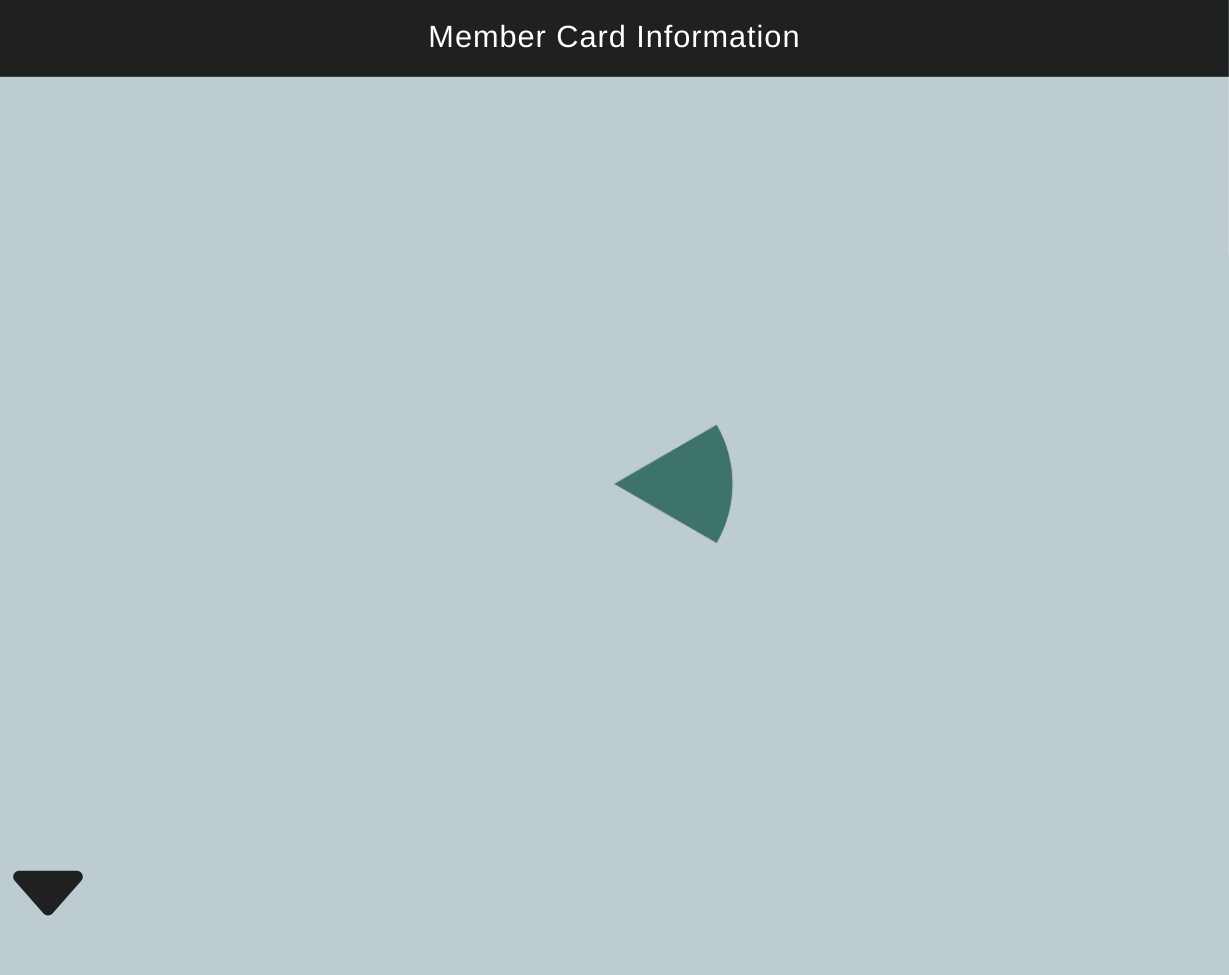
Repository: Leooook/lzhao-fed-test
Page: /
An editor plug-in stored every save of this project. The page is shown before and after the next save, followed by the edit.
The browser window is 1280 px wide. The pictures show the whole page, at 96% of full size.
The page's requests for data from a server got no answer. The project was rebuilt for these pictures with package versions that can differ from the ones it lists, and the page was loaded fresh each time. No one was signed in, and anything a server would have sent is missing. Also part of the build but not shown: src/components/detail.jsx.

Above is the page before, as saved 2021-03-15 21:23:07.

### src/index.html
<!DOCTYPE html>
<html lang="en">
	<head>
		<meta charset="utf-8" />
		<meta http-equiv="X-UA-Compatible" content="IE=edge,chrome=1" />
		<title>Member Card Info</title>
		<meta name="description" content="" />
		<meta name="viewport" content="width=device-width, initial-scale=1.0, maximum-scale=1.0, user-scalable=no" />
	</head>
	<body>
		<div id="root" class="react-root"></div>
	</body>
</html>

### src/App.js
import React, {useState} from 'react';
import {BsCaretDownFill} from 'react-icons/bs'

import './App.css'
import Header from './components/header.jsx'
import Feature from './components/feature.jsx'

export default function App() {
  const [featureAmount, setFeatureAmount] = useState([1])

  const setFeature = () => {
    setFeatureAmount(featureAmount => {return [...featureAmount, 1]})
  }

	return (
    <div className='app'>
      <Header />
      {
        featureAmount.map((key) => <Feature key = {key}/>)
      }
      <BsCaretDownFill className='add-feature' onClick={() => setFeature()}/>
    </div>
  )
}

### src/App.css
* {
	margin: 0;
	padding: 0;
	box-sizing: border-box;
}
:root {
	--nav-black: rgba(14, 14, 14, 0.897);
	--white: #ffffff;
	--light-blue: rgb(189, 204, 208);
	--grey: rgb(145, 145, 145);
	--light-grey: rgb(209, 209, 209);
}
/* app */
.app {
	max-width: 100vw;
	min-height: 100vh;
	background-color: var(--light-blue);
}
.add-feature {
	color: var(--nav-black);
	width: 100px;
	height: 100px;
	margin: 30px auto;
}
/* end of app */
/* header */
.header {
	background-color: var(--nav-black);
	height: 80px;
	padding: 20px;
	margin-bottom: 80px;
	font-size: 2rem;
	font-family: 'Franklin Gothic Medium', 'Arial Narrow', Arial, sans-serif;
	text-align: center;
	color: var(--white);
	letter-spacing: 1px;
}
@media screen and (max-width: 500px) {
	.header {
		margin-bottom: 30px;
		padding: 30px;
		font-size: 1.4rem;
	}
}
/* end of header */
/* loader */
.load {
	width: 100%;
}
.loadPic {
	width: 20%;
	margin: 30vh 40%;
}
/* end of loader */
/* feature */
.feature {
	margin-top: -65px;
	padding: 60px 8%;
	display: grid;
	grid-template-columns: repeat(auto-fill, minmax(450px, 1fr));
	grid-row-gap: 50px;
	grid-column-gap: 80px;
}
@media screen and (max-width: 500px) {
	.feature {
		padding: 30px 20px;
		display: initial;
	}
}
/* end of feature */
/* detail */
.detail {
	margin: auto;
	padding: 10px 20px;
	width: 450px;
	height: 240px;
	background: hsla(0, 0%, 100%, .3);
	border-radius: 6px;
	box-shadow: 0 6px 20px 6px rgba(0, 0, 0, 0.207);
	display: flex;
	align-items: center;
	cursor: pointer;
	transition: all linear 0.2s;
}
.detail:hover {
	transform: scale(1.05);
	box-shadow: 0 10px 30px 10px rgba(0, 0, 0, 0.207);
}
.left-section {
	width: calc(40% - 20px);
	margin-right: 10%;
}
.right-section {
	width: clac(50% - 20px);
}
.detail-pic {
	margin: 0 auto;
	height: 140px;
	width: 140px;
	border-radius: 50%;
	box-shadow: 0 0 10px 8px var(--light-grey);
}
.detail-info {
	margin-bottom: 10px;
}
.detail-name {
	font-family: 'Playfair Display', serif;
	font-weight: bold;
	font-size: 1.3rem;
}
.detail-name2 {
	font-weight: 100;
	font-size: 0.9rem;
	color: rgb(82, 82, 82);
	font-style: oblique;
}
.detail-sex-date {
	display: flex;
}
.detail-date {
	margin-right: 13px;
}
.detail-font {
	font-family: 'Source Sans Pro', sans-serif;
	font-size: 0.8rem;
}
@media screen and (max-width: 500px) {
	.detail {
		margin-bottom: 30px;
		width: 90vw;
		height: 50vw;
	}
	.detail-pic {
		height: 100px;
		width: 100px;
	}
	.detail-info {
		margin-bottom: 6px;
	}
	.detail-name {
		font-size: 1rem;
	}
	.detail-name2 {
		font-size: 0.8rem;
	}
	.detail-date {
		margin-right: 8px;
	}
	.detail-font {
		font-size: 0.75rem;
	}
}
/* end of detail */

### src/components/header.jsx
import React, { Component } from 'react'

class Header extends Component {
	render() {
		return <section className="header">Member Card Information</section>
	}
}

export default Header

### src/components/feature.jsx
import React, { Component } from 'react'

import Loader from './loader.jsx'
import Detail from './detail.jsx'

class Feature extends Component {
	state = {
		dataSet: [],
		dataAmount: 6
	}

	fetchData = () => {
		fetch('https://randomuser.me/api/', {
			method: 'GET'
		})
			.then((response) => response.json())
			.then((data) => {
				let dataSet = this.state.dataSet
				dataSet.push(data.results[0])
				this.setState({ dataSet })
			})
			.catch((error) => {
				console.error('Error:', error)
			})
	}

	componentDidMount() {
		for (let i = 0; i < this.state.dataAmount; i++) {
			this.fetchData()
		}
	}

	render() {
		if (this.state.dataSet.length === 0 || this.state.dataSet.length % 6 !== 0) {
			return <Loader />
		} else {
			return (
				<section className="feature">
					{this.state.dataSet.map((each, key) => <Detail key={key} data={each} />)}
				</section>
			)
		}
	}
}

export default Feature

### src/components/loader.jsx
import React from 'react'

import loadPic from '../images/load.gif'

function Loader() {
	return (
		<section className="load">
			<img src={loadPic} className="loadPic" alt="load" />
		</section>
	)
}

export default Loader

Loaded but not shown: src/index.js (common file)

After the next save:
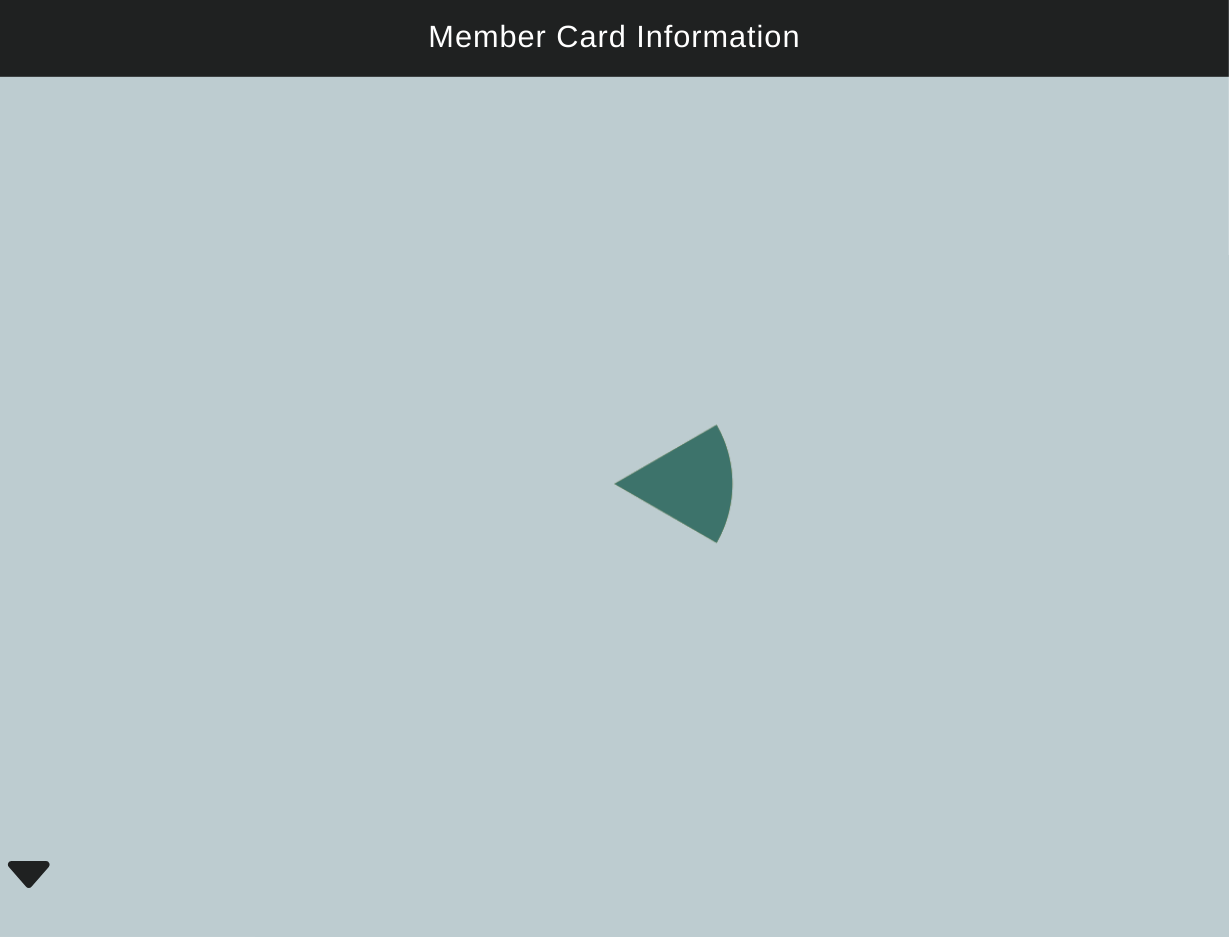
Saved 12 s later.
--- a/src/App.css
+++ b/src/App.css
@@ -18,8 +18,8 @@
 }
 .add-feature {
 	color: var(--nav-black);
-	width: 100px;
-	height: 100px;
+	width: 60px;
+	height: 60px;
 	margin: 30px auto;
 }
 /* end of app */
